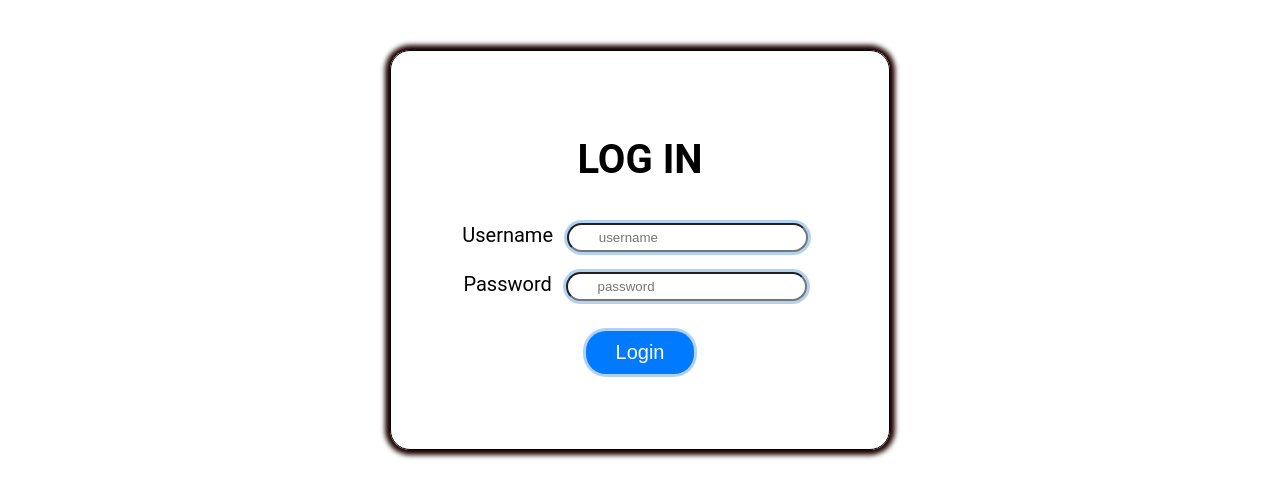
Repository: huyna1707/learning-git
Page: index.html
These files come from the project's save history. The page is drawn as it stood at one moment and after the next save; the edit follows.
The browser window is 1280 px wide. The pictures show the whole page.

Above is the page before, as saved 2024-08-09 23:31:49.

After the next save:
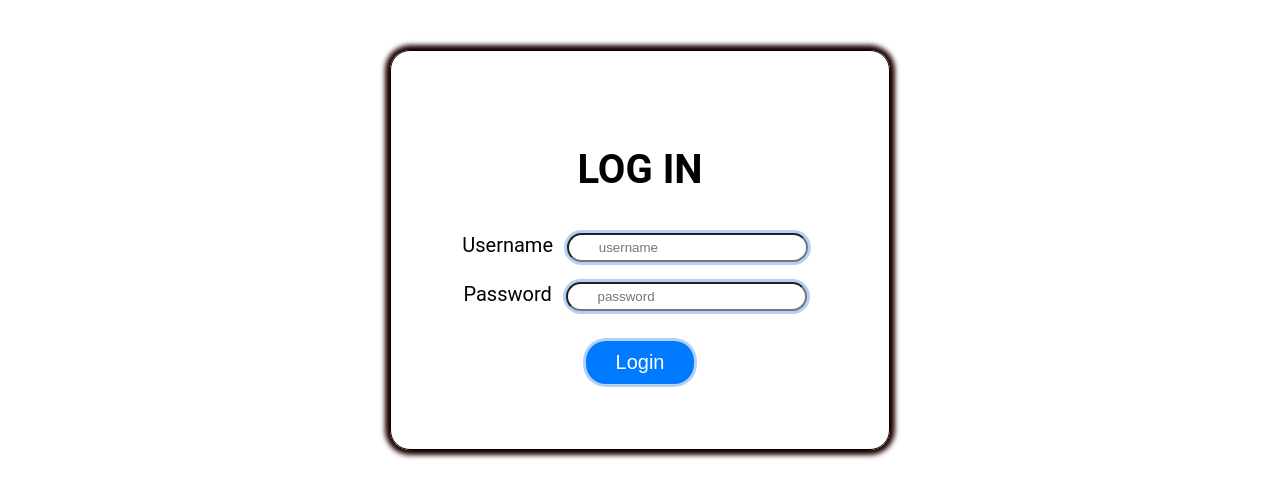
Saved 32 s later.
--- a/style.css
+++ b/style.css
@@ -48,7 +48,7 @@ form button{
     background-color: #007bff;
     color: white;
     box-shadow: rgba(3, 102, 214, 0.3) 0px 0px 0px 3px;
-    margin : 20px;
+    margin-top : 20px;
 }
 
 form button:hover{
